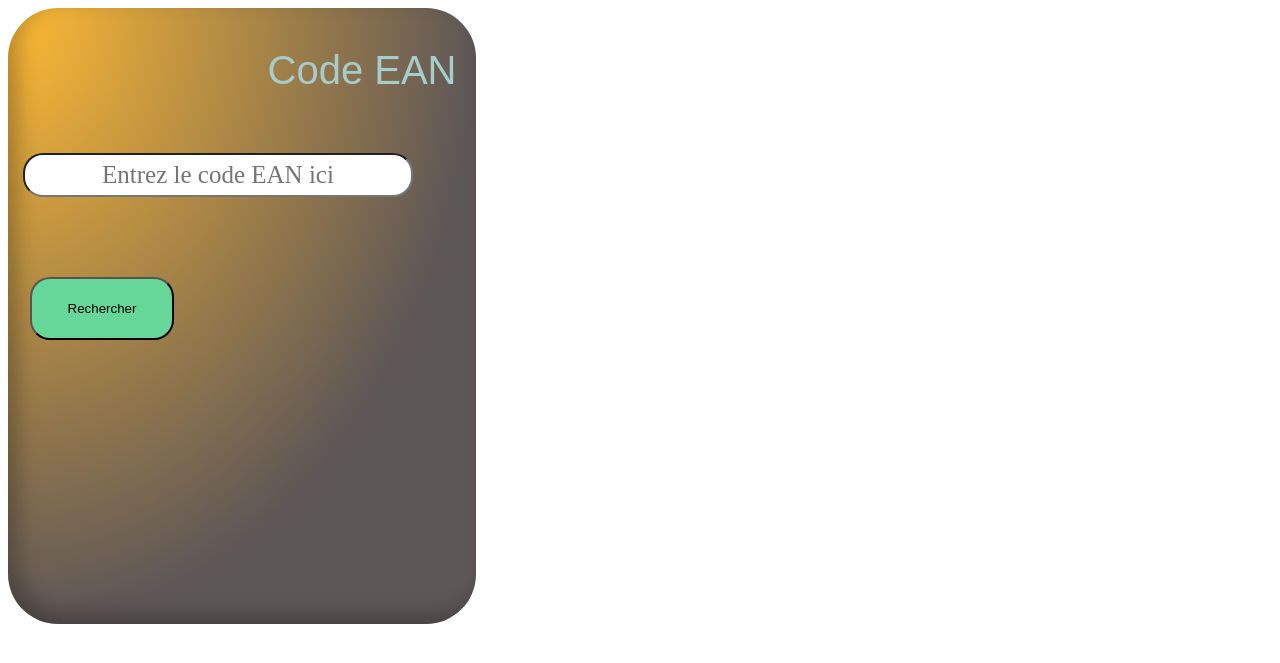
Repository: Zouz01/exo-toucan
Page: index.html
An editor plug-in stored every save of this project. The page is shown before and after a run of saves, followed by the edit.
The browser window is 1280 px wide. The pictures show the whole page.

Above is the page before, as saved 2023-09-21 12:07:34.

### index.html
<!DOCTYPE html>
<html lang="fr">
<head>
    <meta charset="UTF-8">
    <meta name="viewport" content="width=device-width, initial-scale=1">
    <title>TOUCAN API</title>
    <link rel="stylesheet" type="text/css" href="main.css">
</head>
<body>
    <div class="container">
        <!-- Formulaire de recherche -->
        <form id="product-form" action="https://fr.openfoodfacts.org/api/v0/product/<<code_EAN_13>>" method="POST">
            <label for="code_ean">Code EAN </label>
            <input type="text" id="code_ean" name="code_ean" placeholder="Entrez le code EAN ici"><!-- Champ de saisie du code EAN -->
            <button type="submit" id="submit">Rechercher</button> <!-- Bouton de soumission du formulaire -->
        </form>

        <!-- Conteneur pour l'affichage de l'image et des informations -->
        <div><img id="img"></div>
        <div id="product-info"></div>
    </div>

    <!-- Inclusion du script JavaScript -->
    <script src="main.js"></script>
   <scrip // Récupérez une référence vers le conteneur de résultat
    var resultContainer = document.getElementById('result-container');

    // Récupérez la hauteur du contenu de #product-info
    var contentHeight = document.getElementById('product-info').offsetHeight;

    // Définissez la hauteur de #result-container en fonction de la hauteur du contenu
    resultContainer.style.height = contentHeight + 'px';</script>

</body>
</html>

### main.css
body {
    font-family: Arial, sans-serif;

}

.container {
    width: 428px;
    height: 926px;
   position: fixed;
    text-align: center;

    background: radial-gradient(100% 100% at 0% 0%, #FFBA33 0%, #5e5757 100%);
   /* background: radial-gradient(100% 100% at 0% 0%, #A6A6A6 0.46%, #000000 78.06%);
    background: linear-gradient(167.94deg, #7AA77E 0%, #476F72 100%);*/

    opacity: 1.8;
    box-shadow: inset 10px -10px 20px rgba(0, 0, 0, 0.25);
    border-radius: 50px;
    overflow: auto; /* Ajout du débordement automatique si le contenu dépasse la hauteur du conteneur */
    max-height: 80%; /* Définition d'une hauteur maximale pour le contenu */
    padding: 20px; /* Ajout d'un espace interne pour le contenu */
}


/* position ecriture label*/
label {

    top: 20px;
    font-size: 40px;
    color: rgb(167, 204, 204);
   left: 120px;
    position :relative;



}
/*position img*/
#img {
    position: relative;
   border-radius: 20px;
   width: 20%;
   top: 900px;
}

/*position retour d'information produit*/
#product-info {
    padding: 20px;
    color: rgb(171, 221, 205);
    font-size: larger;
    text-align: center; /* Centre le texte horizontalement */
    max-height: 100%; /* Le contenu de #product-info ne dépassera pas la hauteur du conteneur */
    overflow-y: auto; /* Ajout du débordement vertical automatique si le contenu dépasse la hauteur maximale */

}
h2 {
    font-size: xx-large;
    color: #7af3b1;
}
p{
    font-size: larger ;
}

/* Champ de saisie pour entrer le code EAN */
#code_ean {
    position: relative;
   border-radius: 20px;
    width: 382px;
    height: 38px;
   right:24px ;
    top: 80px;
    font-family: 'Montserrat';
font-style: normal;
font-weight: 500;
font-size: 25px;
line-height: 30px;
text-align: center;

color: #0f0d0d;



}

/* Bouton de recherche */
button[type="submit"] {
    position: absolute;
    width: 144px;
    height: 63px;
  background-color: #67d699;
    top: 160px;
    border-radius: 20px;
    right: 140px;
    position: relative;



}




/* styles pour les écrans plus grands */
/* @media (min-width: 900px) {
     .container {
        width: 1860px;
        height: 900px;
     }
        button[type="submit"] {
            position: absolute;
    width: 184px;
    height: 83px;
  background-color: #67d699;
    bottom: 50px;
    border-radius: 20px;
    right: 870px;
        }
        #code_ean {
            position: absolute;
           border-radius: 20px;
            width: 1382px;
            height: 68px;
           right:15% ;
            top: 80px;
            font-family: 'Montserrat';
        font-style: normal;
        font-weight: 500;
        font-size: 25px;
        line-height: 30px;
        text-align: center;
        color: #0f0d0d;

 }
 label {

    top: 20px;
    font-size: 40px;
    color: rgb(167, 204, 204);
   left: 800px;
    position :fixed;

}
#product-info {
    position: absolute;
    padding: 50px;
    color:rgb(171, 221, 205);
    top: 200px;
    left: 30%;

 }
 #img {
    position: relative;
   border-radius: 20px;
   max-width: 20%;
   max-height: 10%;
   top: 230px;
   right: 30%;
}
h2 {
    font-size: 50px;
    color: aqua;
}
p{
    font-size: 30px ;
}
} */

### main.js
const form = document.querySelector("#product-form"); //Interagit avec  HTML avec l'id "product-form"
const code_ean = document.querySelector("#code_ean"); //Interagit avec  HTML  avec l'id "code_ean"
const productInfo = document.querySelector("#product-info"); //Interagit avec  HTML avec l'id "les informations produits"
const img = document.querySelector("#img");  //Interagit avec  HTML avec l'id "les images"
const submit = document.querySelector("#submit");  //Interagit avec  HTML avec l'id "Boutton envoi"


submit.addEventListener("click", (e) => { // Ecouteur d'événement sur le bouton d'envoi qui écoute un événement de clic
    e.preventDefault();

    // validation du code
    if (code_ean.value.length !== 13) {
        alert("Le code EAN doit contenir 13 chiffres.");// Le script vérifie si la valeur du champ de saisie du code EAN comporte 13 caractères
        return;                                         // Sinon, il affiche une alerte indiquant que le code EAN doit contenir 13 chiffres.
    }else

// Si code correct alors ...
    // Récupére les informations du produit depuis l'API
    fetch("https://fr.openfoodfacts.org/api/v0/product/" + code_ean.value) //Méthode pour envoyer une requête GET à l'API
        .then((reponse) => reponse.json())   //  Convertit  la réponse de l'API en JSON
        .then((data) => {                    //  Pour accéder aux données.
            let product = data.product;
            img.src = product.image_url;


             //Affiche les informations sur le produit, ( avec innerHTML on definila source de l'éléments)
             productInfo.innerHTML =`
             <h2><b>Nom</b> : ${product.abbreviated_product_name}</h2>
             <p><b>Marque</b> : ${product.brands}</p>
             <p><b>Catégorie</b> : ${product.categories}</p>
             <p><b>Ingrédients</b> : ${product.ingredients_text}</p>`
             console.log (data)
        }); // ${} veut dire interpreter

});

   /*fecht veut dire aller chercher*/

After the next 3 saves:
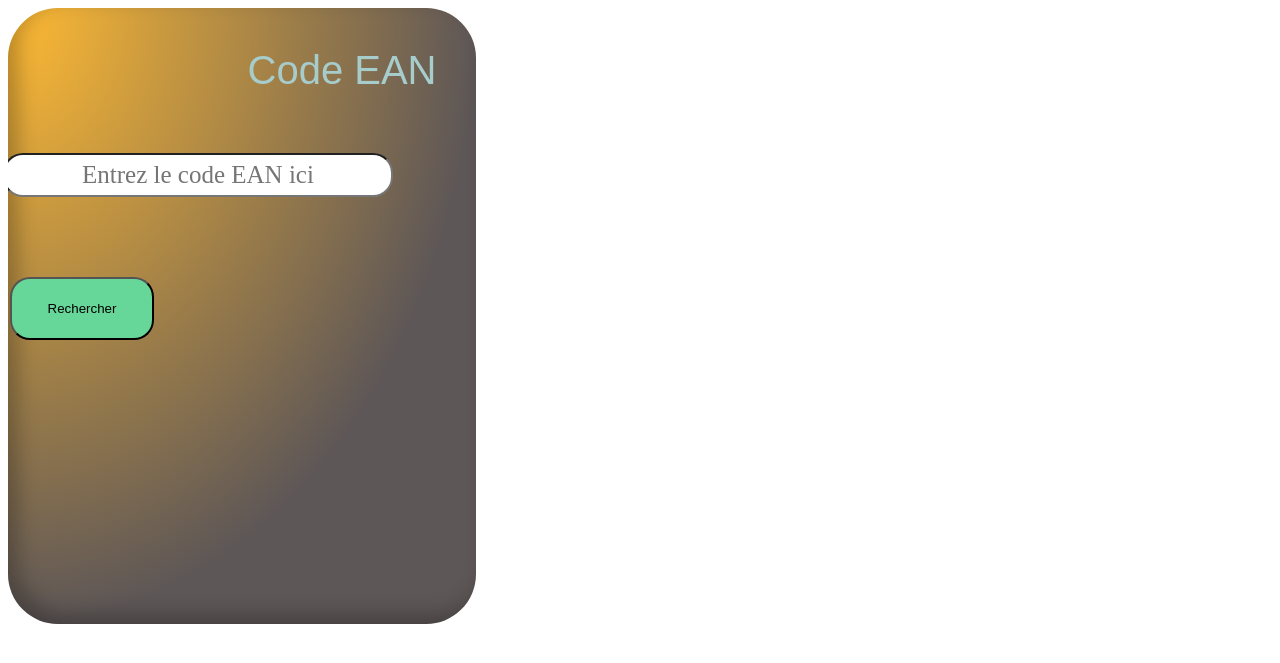
The 3 saves are shown as one change because they came seconds apart.
The last was saved 3 min 33 s later.
--- a/main.css
+++ b/main.css
@@ -19,6 +19,9 @@ body {
     overflow: auto; /* Ajout du débordement automatique si le contenu dépasse la hauteur du conteneur */
     max-height: 80%; /* Définition d'une hauteur maximale pour le contenu */
     padding: 20px; /* Ajout d'un espace interne pour le contenu */
+    display: flex; /* Utilisation de flexbox pour centrer le contenu */
+    justify-content: center; /* Centre horizontalement le contenu */
+    align-items: flex-start; /* Aligne les éléments en haut de la div container */
 }
 
 
